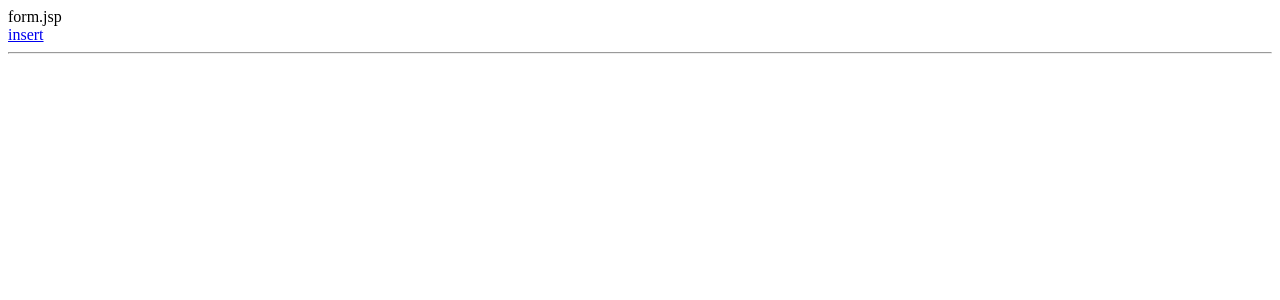
Repository: uj06134/Metabuild_JSP
Page: http://localhost/10_URL_Pattern/form.jsp
The author's editor kept a copy of each file at every save. The page is drawn from the files as they stood at one save, then again after the next save.
The browser window is 1280 px wide. The pictures show the whole page.
The page is served by Tomcat 9.

Above is the page before, as saved 2025-09-17 02:31:30.

After the next save:
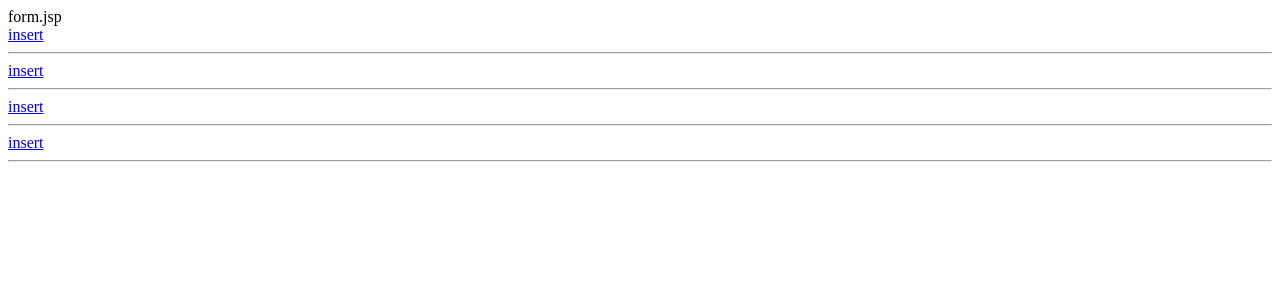
Saved 20 s later.
--- a/10_URL_Pattern/src/main/webapp/form.jsp
+++ b/10_URL_Pattern/src/main/webapp/form.jsp
@@ -3,3 +3,6 @@
 
 form.jsp<br>
 <a href="insert.do">insert</a> <hr>
+<a href="update.do">insert</a> <hr>
+<a href="delete.do">insert</a> <hr>
+<a href="select.do">insert</a> <hr>
